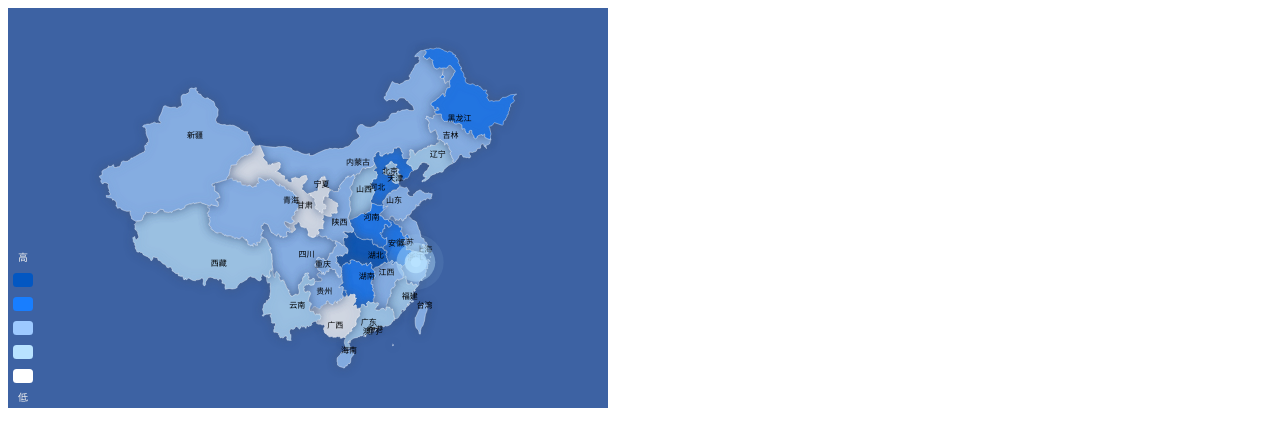
Repository: 572031690/echartssimple
Page: 21.地图常见效果_地图和散点图结合.html
These files come from the project's save history. The page is drawn as it stood at one moment and after the next save; the edit follows.
The browser window is 1280 px wide. The pictures show the whole page.

Above is the page before, as saved 2021-08-11 12:22:16.

### 21.地图常见效果_地图和散点图结合.html
<!DOCTYPE html>
<html lang="en">

<head>
  <meta charset="UTF-8">
  <meta name="viewport" content="width=device-width, initial-scale=1.0">
  <meta http-equiv="X-UA-Compatible" content="ie=edge">
  <title>Document</title>
  <script src="lib/echarts.min.js"></script>
  <script src="lib/jquery.min.js"></script>
</head>

<body>
  <div style="width: 600px;height:400px;background-color:#3D62A3;"></div>

  <script>
    //1. 给series下增加一个新的对象
    //2. 准备数据散点数据  , 配置给series下的另外一个对象
    //3. 配置series下的新对象的type值为effectScatter
    //4. 指明散点图的坐标系统为geo
    //5. 调整涟漪动画效果
    var airData = [
      { name: '北京', value: 39.92 },
      { name: '天津', value: 39.13 },
      { name: '上海', value: 31.22 },
      { name: '重庆', value: 66 },
      { name: '河北', value: 147 },
      { name: '河南', value: 113 },
      { name: '云南', value: 25.04 },
      { name: '辽宁', value: 50 },
      { name: '黑龙江', value: 114 },
      { name: '湖南', value: 175 },
      { name: '安徽', value: 117 },
      { name: '山东', value: 92 },
      { name: '新疆', value: 84 },
      { name: '江苏', value: 67 },
      { name: '浙江', value: 84 },
      { name: '江西', value: 96 },
      { name: '湖北', value: 273 },
      { name: '广西', value: 0 },
      { name: '甘肃', value: 0 },
      { name: '山西', value: 39 },
      { name: '内蒙古', value: 58 },
      { name: '陕西', value: 61 },
      { name: '吉林', value: 51 },
      { name: '福建', value: 29 },
      { name: '贵州', value: 71 },
      { name: '广东', value: 38 },
      { name: '青海', value: 57 },
      { name: '西藏', value: 24 },
      { name: '四川', value: 58 },
      { name: '宁夏', value: 0 },
      { name: '海南', value: 54 },
      { name: '台湾', value: 88 },
      { name: '香港', value: 66 },
      { name: '澳门', value: 77 },
      { name: '南海诸岛', value: 55 }
    ]
    var scatterData = [
      {
        value: [120.213042, 29.86119]
      }
    ]
    var mCharts = echarts.init(document.querySelector("div"))
    $.get('json/map/china.json', function (ret) {
      // ret 就是中国的各个省份的矢量地图数据
      console.log(ret)
      echarts.registerMap('chinaMap', ret)
      var option = {
        geo: {
          type: 'map',
          map: 'chinaMap', // chinaMap需要和registerMap中的第一个参数保持一致
          roam: true, // 设置允许缩放以及拖动的效果
          label: {
            show: true, // 展示标签
            textStyle: {
              fontSize: 8
            }
          },
          itemStyle: {
            normal: {
              areaColor: '#416cbb',//地图区域的颜色。
              borderColor: '#fff',//图形的描边颜色。支持的颜色格式同 color，不支持回调函数。
              shadowColor: '#41587f',//阴影颜色。#41587f
              shadowBlur: 10,//图形阴影的模糊大小。
              opacity: 0.75//图形透明度
            },
            emphasis: {
              areaColor: '#fdd145'
            }
          }
        },
        series: [
          {
            data: airData,
            geoIndex: 0, // 将空气质量的数据和第0个geo配置关联在一起
            type: 'map'
          },
          {
            data: scatterData, // 配置散点的坐标数据
            type: 'effectScatter',
            coordinateSystem: 'geo', // 指明散点使用的坐标系统  geo的坐标系统
            rippleEffect: {
              scale: 6 // 设置涟漪动画的缩放比例
            }
          }
        ],
        visualMap: {
          min: 0,
          max: 300,
          text: ['高', '低'],//两端的文本，如 ['High', 'Low']

          //
          indicatorStyle: {
            borderColor:'red',
            borderWidth: 1,
          },
          textStyle: {//设置文字颜色（Demo左下组件）
            color: '#eee',
            fontSize:10
          },
          // inRange: {
          //   color: ['#B8E2FF','#9DC9FF','#6CADFF','#187EFF', '#0357C2'] // 控制颜色渐变的范围
          // },

          pieces: [
          // 自定义『分段式视觉映射组件（visualMapPiecewise）』的每一段的范围，以及每一段的文字，以及每一段的特别的样式
            { gt: 200, lte: 300, label: "10000~100000", color: "#0357C2" }, // (500, 900]
            { gt: 100, lte: 200, label: "1000~10000", color: "#187EFF" }, // (310, 500]
            { gt: 50, lte: 100, label: "10~1000", color: "#9DC9FF" }, // (200, 300]
            { gt: 0, lte: 50, label: "0~10人", color: "#B8E2FF" }, // (10, 200]
            { value:0, label: "无数据", color: "#fff" } // [0]
          ],

          // calculable: true // 出现滑块
        }
      }
      mCharts.setOption(option)
    })

  </script>
</body>

</html>

Loaded but not shown: lib/echarts.min.js (library); lib/jquery.min.js (library); json/map/china.json (common file)

After the next save:
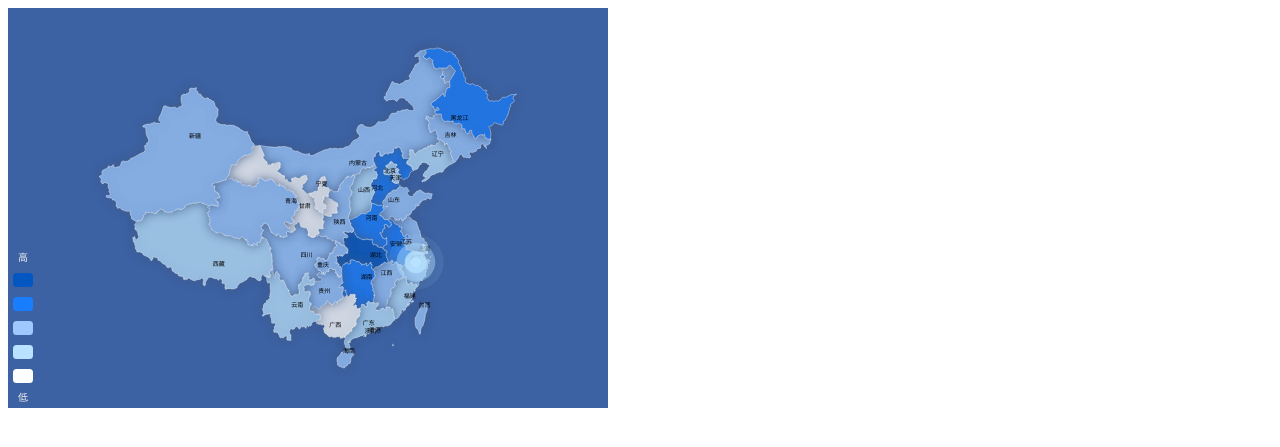
Saved 59 s later.
--- a/21.地图常见效果_地图和散点图结合.html
+++ b/21.地图常见效果_地图和散点图结合.html
@@ -74,7 +74,8 @@
           label: {
             show: true, // 展示标签
             textStyle: {
-              fontSize: 8
+              fontSize: 6,
+              textWeight:900
             }
           },
           itemStyle: {

After the save that followed:
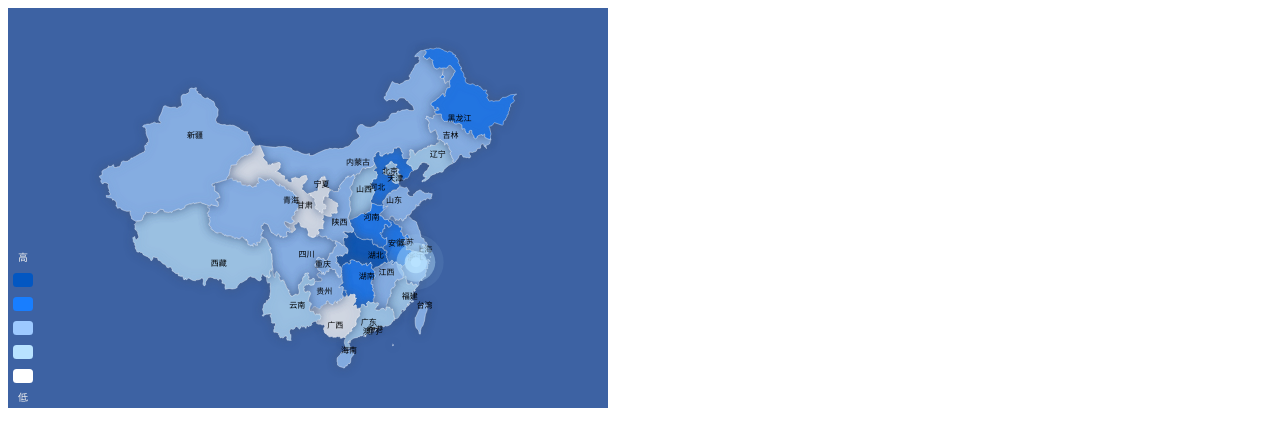
Saved 8 s later.
--- a/21.地图常见效果_地图和散点图结合.html
+++ b/21.地图常见效果_地图和散点图结合.html
@@ -74,7 +74,7 @@
           label: {
             show: true, // 展示标签
             textStyle: {
-              fontSize: 6,
+              fontSize: 8,
               textWeight:900
             }
           },
